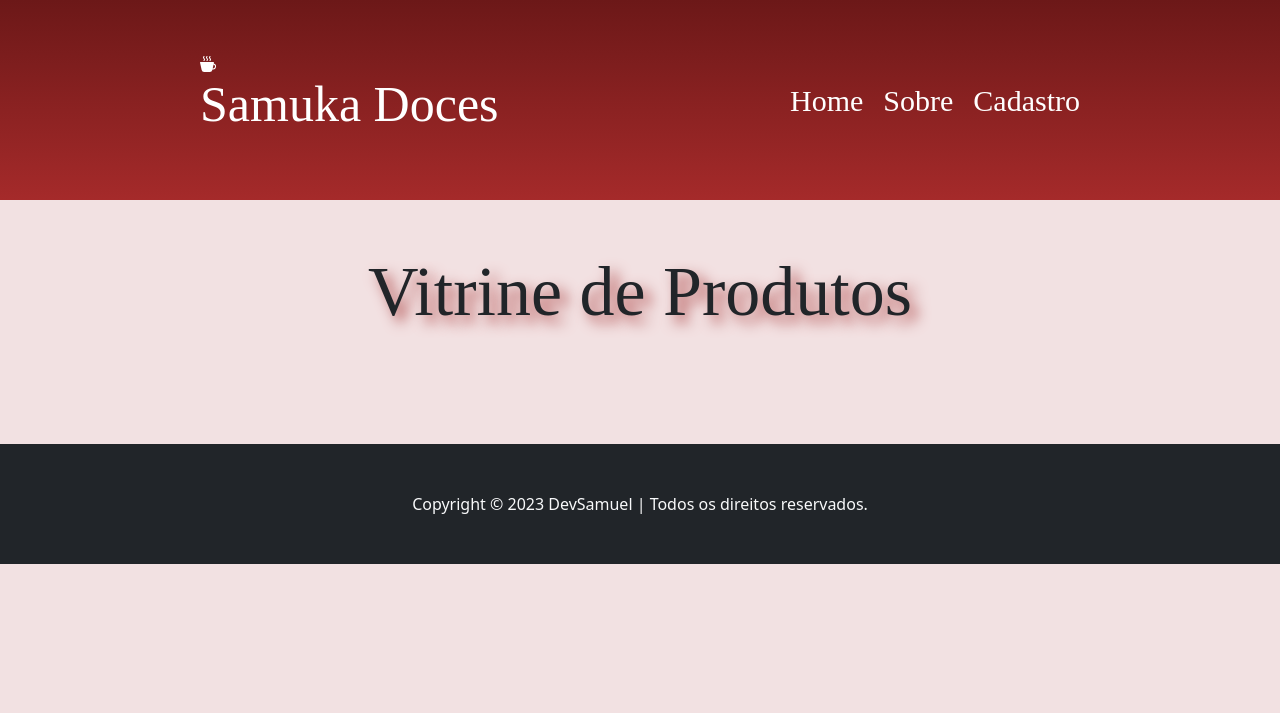
Repository: devsamuel23/github.io-doces_GIT
Page: /
An editor plug-in stored every save of this project. The page is shown before and after a run of saves, followed by the edit.
The browser window is 1280 px wide. The pictures show the whole page.
The page's requests for data from a server got no answer. The project was rebuilt for these pictures with package versions that can differ from the ones it lists, and the page was loaded fresh each time. No one was signed in, and anything a server would have sent is missing. Also part of the build but not shown: src/index.css, src/pages/Home/styles.css, src/pages/Home/index.js, src/pages/Sobre/index.js, src/pages/Cadastro/style.css, src/pages/Cadastro/index.js, src/pages/Erro/style.css, src/pages/Erro/index.js and 4 more.

Above is the page before, as saved 2023-04-14 20:56:52.

### public/index.html
<!DOCTYPE html>
<html lang="pt-br">
  <head>
    <meta charset="utf-8" />
    <link rel="icon" href="http://gg.gg/doceee" />
    <meta name="viewport" content="width=device-width, initial-scale=1" />


    <title>Samuka Doces</title>
  </head>
  <body>
    <noscript>You need to enable JavaScript to run this app.</noscript>
    <div id="root"></div>
  </body>
</html>

### src/index.js
import React from 'react';
import ReactDOM from 'react-dom/client';
import './index.css';
import App from './App';

const root = ReactDOM.createRoot(document.getElementById('root'));
root.render(

    <App />

);

### src/App.js
import RoutesApp from "./routes";


function App() {
  return (
          <RoutesApp />

  );
}

export default App;

### src/routes.js
import { BrowserRouter, Routes, Route } from "react-router-dom";

import Home from "./pages/Home";
import Sobre from "./pages/Sobre";
import Cadastro from "./pages/Cadastro";
import Erro from "./pages/Erro";
import Produto from "./pages/Produto";
import Vitrine from "./pages/Vitrine";
import Detalhes from "./pages/Detalhes";

import Header from "./components/Header";
import Footer from "./components/Footer";

function RoutesApp() {
  return (
    <BrowserRouter>
      <Header />

      <Routes>
        <Route>
          {/* <Route path="/" element={<Home />} /> */}
          <Route path="/Sobre" element={<Sobre />} />
          <Route path="/" element={<Vitrine />} />
          <Route path="/Cadastro" element={<Cadastro />} />
          <Route path="/Produto/:id" element={<Produto />} />
          <Route path="/Detalhes" element={<Detalhes />} />

          <Route path="*" element={<Erro />} />
        </Route>
      </Routes>
      <Footer/>
    </BrowserRouter>
  );
}

export default RoutesApp;

### src/pages/Vitrine/index.js
import React, { useEffect, useState } from "react";
import api from '../../services/api';
import './../Vitrine/style.css'
import { useNavigate } from "react-router-dom";


function Body (){

  const [produtos, setProdutos] = useState([]);
  useEffect(() => {
    api.get(`https://63069afec0d0f2b8011f9944.mockapi.io/produtos/`)
       .then((response) => {
         console.log(response);
         setProdutos(response.data.slice(78, 86))
      })
      .catch((err) => {
        console.error("ops! ocorreu um erro : " + err);
      });
  }, [ ]);

  const navigate = useNavigate();

  // function iniciar(productId) {
  //   navigate(`/produto/${productId}`);


  //   }

    function handleClick(event) {
      // Details button
      if (event.target.dataset.action === "details_btn") {
        const id = event.target.dataset.id;
        const produto = produtos.find((prod) => prod.id === id);
        navigate(`/produto/${produto.id}`)
      }
    }
    return(
      <>
        <div className="vit">
          <h1>Vitrine de Produtos</h1>


        <div className="container-vitrine">
          {produtos.map((produto) => (
          <span key={produto.id} className="item-vitrine">
            <img className="img-sombra" src={produto.imagem} alt={produto.nome} />
          </span>
        ))}
        </div>

        <div className="cards-vitrine">
        {produtos.map((produto) => (
        <div key={produto.id} className="card">
          <img className="image" src={produto.imagem} alt={produto.nome} />
          <h2>{produto.nome}</h2>
          <button className="myButton" data-id={produto.id} data-action="details_btn" onClick={handleClick}>
            Detalhes
          </button>
        </div>
        ))}
        </div>
        </div>
      </>
    );
  }

  export default Body;

### src/components/Header/index.js
import { Link } from "react-router-dom";
import "./style.css";
import "bootstrap/dist/css/bootstrap.min.css";

function Header() {
  return (
    <header>
        <div className="logo">
      <svg
        xmlns="http://www.w3.org/2000/svg"
        width="16"
        height="16"
        fill="currentColor"
        className="bi bi-cup-hot-fill"
        viewBox="0 0 16 16"
      >
        <path
          fillRule="evenodd"
          d="M.5 6a.5.5 0 0 0-.488.608l1.652 7.434A2.5 2.5 0 0 0 4.104 16h5.792a2.5 2.5 0 0 0 2.44-1.958l.131-.59a3 3 0 0 0 1.3-5.854l.221-.99A.5.5 0 0 0 13.5 6H.5ZM13 12.5a2.01 2.01 0 0 1-.316-.025l.867-3.898A2.001 2.001 0 0 1 13 12.5Z"
        />
        <path d="m4.4.8-.003.004-.014.019a4.167 4.167 0 0 0-.204.31 2.327 2.327 0 0 0-.141.267c-.026.06-.034.092-.037.103v.004a.593.593 0 0 0 .091.248c.075.133.178.272.308.445l.01.012c.118.158.26.347.37.543.112.2.22.455.22.745 0 .188-.065.368-.119.494a3.31 3.31 0 0 1-.202.388 5.444 5.444 0 0 1-.253.382l-.018.025-.005.008-.002.002A.5.5 0 0 1 3.6 4.2l.003-.004.014-.019a4.149 4.149 0 0 0 .204-.31 2.06 2.06 0 0 0 .141-.267c.026-.06.034-.092.037-.103a.593.593 0 0 0-.09-.252A4.334 4.334 0 0 0 3.6 2.8l-.01-.012a5.099 5.099 0 0 1-.37-.543A1.53 1.53 0 0 1 3 1.5c0-.188.065-.368.119-.494.059-.138.134-.274.202-.388a5.446 5.446 0 0 1 .253-.382l.025-.035A.5.5 0 0 1 4.4.8Zm3 0-.003.004-.014.019a4.167 4.167 0 0 0-.204.31 2.327 2.327 0 0 0-.141.267c-.026.06-.034.092-.037.103v.004a.593.593 0 0 0 .091.248c.075.133.178.272.308.445l.01.012c.118.158.26.347.37.543.112.2.22.455.22.745 0 .188-.065.368-.119.494a3.31 3.31 0 0 1-.202.388 5.444 5.444 0 0 1-.253.382l-.018.025-.005.008-.002.002A.5.5 0 0 1 6.6 4.2l.003-.004.014-.019a4.149 4.149 0 0 0 .204-.31 2.06 2.06 0 0 0 .141-.267c.026-.06.034-.092.037-.103a.593.593 0 0 0-.09-.252A4.334 4.334 0 0 0 6.6 2.8l-.01-.012a5.099 5.099 0 0 1-.37-.543A1.53 1.53 0 0 1 6 1.5c0-.188.065-.368.119-.494.059-.138.134-.274.202-.388a5.446 5.446 0 0 1 .253-.382l.025-.035A.5.5 0 0 1 7.4.8Zm3 0-.003.004-.014.019a4.077 4.077 0 0 0-.204.31 2.337 2.337 0 0 0-.141.267c-.026.06-.034.092-.037.103v.004a.593.593 0 0 0 .091.248c.075.133.178.272.308.445l.01.012c.118.158.26.347.37.543.112.2.22.455.22.745 0 .188-.065.368-.119.494a3.198 3.198 0 0 1-.202.388 5.385 5.385 0 0 1-.252.382l-.019.025-.005.008-.002.002A.5.5 0 0 1 9.6 4.2l.003-.004.014-.019a4.149 4.149 0 0 0 .204-.31 2.06 2.06 0 0 0 .141-.267c.026-.06.034-.092.037-.103a.593.593 0 0 0-.09-.252A4.334 4.334 0 0 0 9.6 2.8l-.01-.012a5.099 5.099 0 0 1-.37-.543A1.53 1.53 0 0 1 9 1.5c0-.188.065-.368.119-.494.059-.138.134-.274.202-.388a5.446 5.446 0 0 1 .253-.382l.025-.035A.5.5 0 0 1 10.4.8Z" />
      </svg>
      <h2 className="Slogan">Samuka Doces</h2>
      </div>

      <div className="menu">
        <Link to="/">Home</Link>
        <Link to="/Sobre">Sobre</Link>
        {/* <Link to="/Vitrine">Vitrine</Link> */}
        <Link to="/Cadastro">Cadastro</Link>

      </div>
    </header>
  );
}

export default Header;

### src/components/Footer/index.js
import "./style.css"
import "bootstrap/dist/css/bootstrap.min.css";

function Footer() {
  return (
    <div className="bg-dark text-light text-center p-5" >
        Copyright © 2023 DevSamuel | Todos os direitos reservados.
    </div>
  )
}

export default Footer;

### src/services/api.js
import axios from 'axios';

const api = axios.create({
    baseURL :'https://63069afec0d0f2b8011f9944.mockapi.io/produtos/'
});

export default api;

### src/pages/Vitrine/style.css
body {
    background-color: #f2e1e2;
}

.vit {
    padding: 50px 200px;
}

.vit h1 {
    text-align: center;
    font-size: 70px;
    font-family: alex brush;
    text-shadow: rgb(175, 76, 76) 0.1em 0.1em 0.2em;
}

.container-vitrine {
    display: grid;
    grid-template-columns: repeat(4, 20%);
    grid-auto-rows: 300px;
    justify-content: center;
    margin-top: 60px;
}

.item-vitrine{
    display: block;
    overflow: hidden;
    width: 250px;
    height: 250px;
    border-width: 20px;
    border-style: solid;
    border-image: linear-gradient(0deg, #c05080, #bc827b) 1;
}

.item-vitrine img{
    width: 100%;
    height: 100%;
    object-fit: cover;
}
.img-sombra {
    box-shadow: 7px 7px 13px 10px rgba(20, 30, 40, 0.22);
}

.cards-vitrine{
    display: flex;
    flex-wrap: wrap;
}

.card {
    border-radius: 5px;
    box-shadow: 7px 7px 13px 0px rgb(170, 52, 52);
    padding: 30px;
    margin: 20px;
    width: 400px;
    transition: all 0.3s ease-out;
    justify-content: space-around;
}
.image{
    max-height: 250px;
    border-radius: 50%;
}
.card h2{
    font-weight: bold;
   text-align: center;
   padding: 30px 0;

}

.myButton {
	box-shadow: 3px 4px 0px 0px #899599;
	background:linear-gradient(to bottom, #ededed 5%, #bab1ba 100%);
	background-color:#ededed;
	border-radius:15px;
	border:1px solid #d6bcd6;
	display:inline-block;
	cursor:pointer;
	color:#3a8a9e;
	font-family:Arial;
	font-size:20px;
	padding:7px 25px;
	text-decoration:none;
	text-shadow:0px 1px 0px #e1e2ed;
}
.myButton:hover {
	background:linear-gradient(to bottom, #bab1ba 5%, #ededed 100%);
	background-color:#bab1ba;
}
.myButton:active {
	position:relative;
	top:1px;
}

### src/components/Header/style.css
* {
  margin: 0;
  padding: 0;
  box-sizing: border-box;
}

div .logo{
  width: 100%;
  height: 100px;
}
.Slogan{
    font-family: alex brush;
    font-size: 50px;
    width: auto;
    height: 100%;
    color: #FFF;
}
header{
  width: 100%;
  height: auto;
  background: rgb(165,42,42);
  background: linear-gradient(0deg, rgba(165,42,42,1) 0%, rgba(108,24,24,1) 100%);
  color: #FFF;

  display: flex;
  align-items: center;
  justify-content: space-between;
  padding: 50px 200px ;
}

header a{
  color: #FFF;
  font-size: 30px;
  font-family: alex brush;
  text-decoration: none;
}

header a + a{
  margin-left: 20px;
}

header a:hover{
  text-decoration: underline;
  color: #f2e1e2;
}

After the next 3 saves:
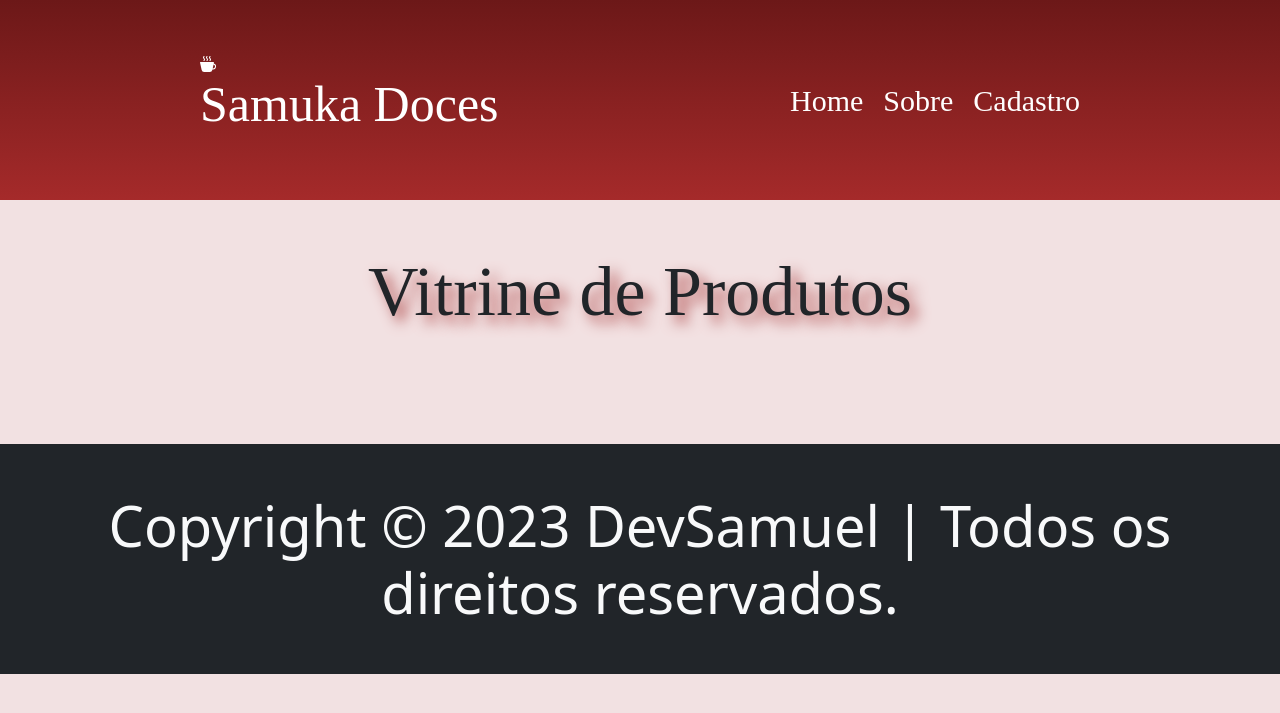
The 3 saves are shown as one change because they came seconds apart.
The last was saved 77 s later.
--- a/src/components/Footer/index.js
+++ b/src/components/Footer/index.js
@@ -3,7 +3,7 @@ import "bootstrap/dist/css/bootstrap.min.css";
 
 function Footer() {
   return (
-    <div className="bg-dark text-light text-center p-5" >
+    <div className="bg-dark text-light text-center p-5 display-4" >
         Copyright © 2023 DevSamuel | Todos os direitos reservados.
     </div>
   )
